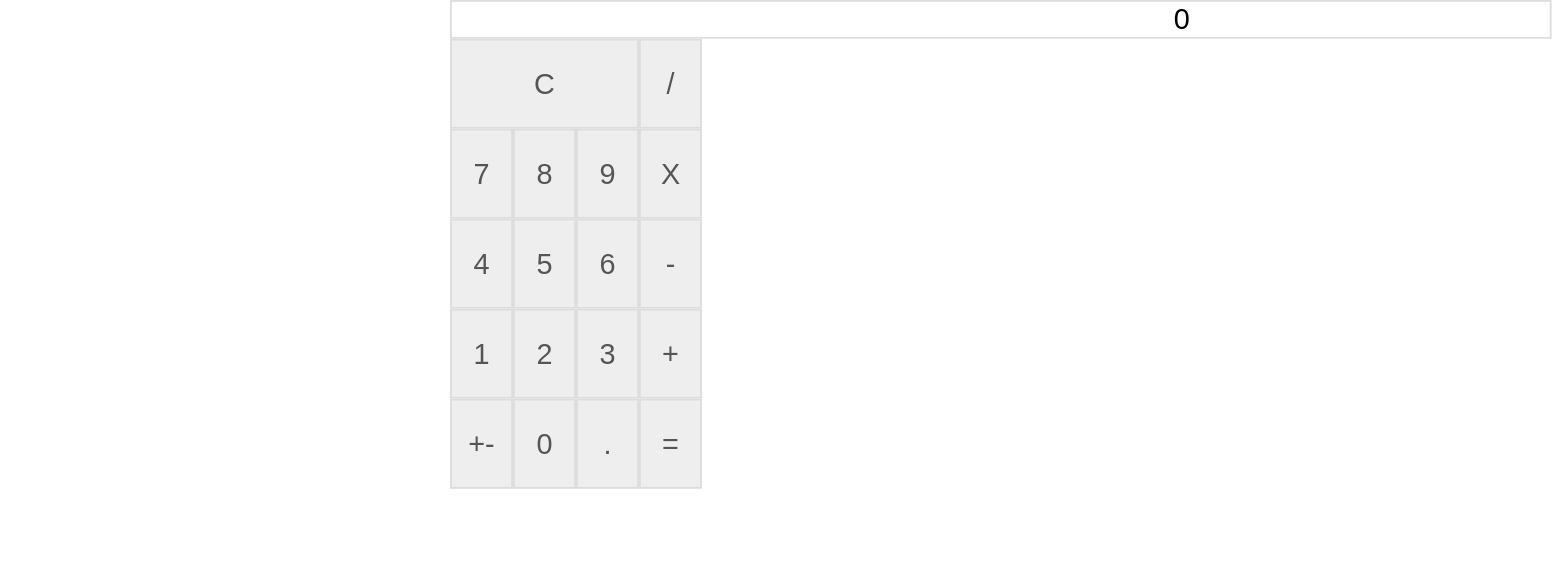
Repository: aaronmatei/react-calc
Page: /
An editor plug-in stored every save of this project. The page is shown before and after the next save, followed by the edit.
The browser window is 1280 px wide. The page is 1724 px wide, then 1280 px, so the pictures cover 1724 px, including what lies to the right of the window. The pictures show the whole page, at 90% of full size.
The project was rebuilt for these pictures with package versions that can differ from the ones it lists, and the page was loaded fresh each time.

Above is the page before, as saved 2019-12-13 11:14:46.

### src/App.js
import React, { Component } from "react";
import Button from "./components/Button";
import "./App.css";
import "./css/styles.css";

class App extends Component {
	state = {
		current: "0",
		previous: [],
	};

	reset = () => {
		this.setState({ result: "0" });
	};
	addToCurrent = symbol => {
		this.setState({ current: this.state.current + symbol });
	};

	render() {
		const buttons = [
			{ symbol: "C", cols: 3, action: this.reset },
			{ symbol: "/", cols: 1, action: this.addToCurrent },
			{ symbol: "7", cols: 1, action: this.addToCurrent },
			{ symbol: "8", cols: 1, action: this.addToCurrent },
			{ symbol: "9", cols: 1, action: this.addToCurrent },
			{ symbol: "X", cols: 1, action: this.addToCurrent },
			{ symbol: "4", cols: 1, action: this.addToCurrent },
			{ symbol: "5", cols: 1, action: this.addToCurrent },
			{ symbol: "6", cols: 1, action: this.addToCurrent },
			{ symbol: "-", cols: 1, action: this.addToCurrent },
			{ symbol: "1", cols: 1, action: this.addToCurrent },
			{ symbol: "2", cols: 1, action: this.addToCurrent },
			{ symbol: "3", cols: 1, action: this.addToCurrent },
			{ symbol: "+", cols: 1, action: this.addToCurrent },
			{ symbol: "+-", cols: 1, action: this.addToCurrent },
			{ symbol: "0", cols: 1, action: this.addToCurrent },
			{ symbol: ".", cols: 1, action: this.addToCurrent },
			{ symbol: "=", cols: 1, action: this.addToCurrent },
		];
		return (
			<div className='App'>
				<input className='result' type='text' value={this.state.current} onChange={null} />

				{buttons.map((btn, idx) => {
					return (
						<Button key={idx} symbol={btn.symbol} cols={btn.cols} action={symbol => btn.action(symbol)} />
					);
				})}
			</div>
		);
	}
}

export default App;

### src/components/Button.jsx
import React, { Component } from "react";

class Button extends Component {
	render() {
		return (
			<div className={`column-${this.props.cols}`}>
				<button className='calc-button' onClick={() => this.props.action(this.props.symbol)}>
					{this.props.symbol}
				</button>
			</div>
		);
	}
}

export default Button;

### src/App.css
.App {
	text-align: center;
	align-items: center;
	padding-left: 500px;
	padding-right: 500px;
	margin-right: auto;
	margin-left: auto;
}

### src/css/styles.css
.column-3 {
	width: 75%;
	float: left;
}
.column-2 {
	width: 50%;
	float: left;
}
.column-1 {
	width: 25%;
	float: left;
}
button.calc-button {
	width: 100%;
	height: 100px;
	border: 2px solid #ddd;
	background: #eee;
	font-size: 32px;
	color: #555;
}

input.result {
	border: 2px solid #ddd;
	text-align: right;
	font-size: 32px;
	padding-left: 400px;
	padding-right: 400px;
	width: auto;
}

Loaded but not shown: src/index.js (common file); src/index.css (common file); src/serviceWorker.js (common file)

After the next save:
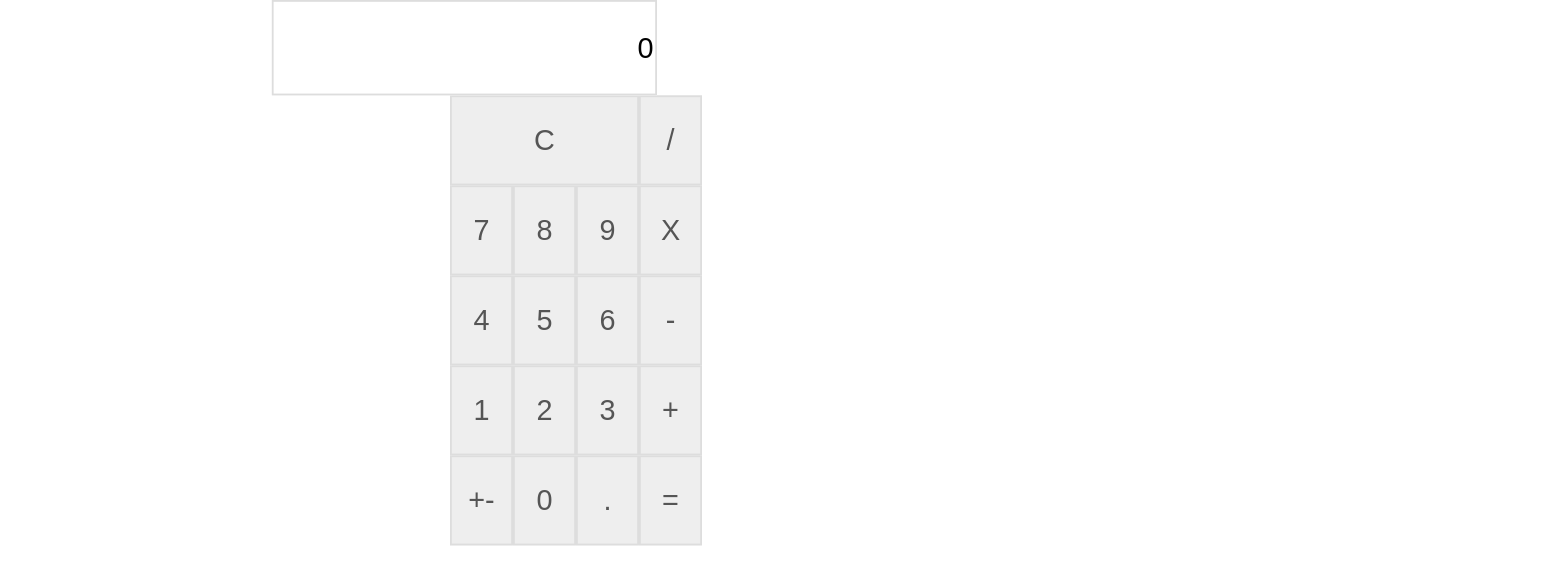
Saved 96 s later.
--- a/src/css/styles.css
+++ b/src/css/styles.css
@@ -20,10 +20,13 @@ button.calc-button {
 }
 
 input.result {
+	height: 100px;
+	width: auto;
 	border: 2px solid #ddd;
 	text-align: right;
 	font-size: 32px;
-	padding-left: 400px;
-	padding-right: 400px;
-	width: auto;
+	position: relative;
+	max-width: 100vw;
+	margin-right: 50px;
+	float: right;
 }
